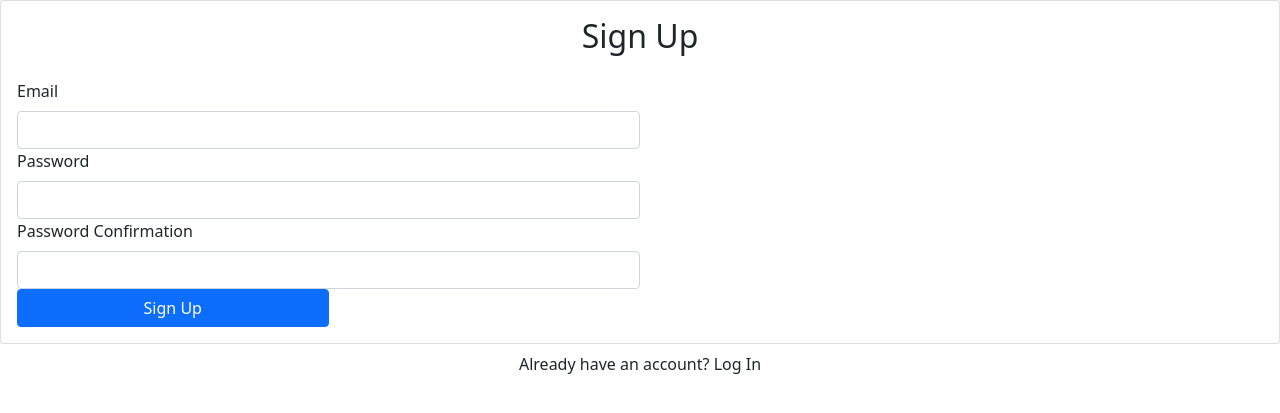
Repository: carinvid/reach-eshop
Page: /signup
These files come from the project's save history. The page is drawn as it stood at one moment and after the next save; the edit follows.
The browser window is 1280 px wide. The pictures show the whole page.
The page's requests for data from a server got no answer. The project was rebuilt for these pictures with package versions that can differ from the ones it lists, and the page was loaded fresh each time. No one was signed in, and anything a server would have sent is missing. Also part of the build but not shown: src/Header.css, src/Header.js, src/Home.css, src/Product.css, src/Product.js, src/Home.js, src/Checkout.css, src/CheckoutProduct.css and 7 more.

Above is the page before, as saved 2022-04-06 15:22:10.

### public/index.html
<!DOCTYPE html>
<html lang="en">
  <head>
    <meta charset="utf-8" />

    <meta name="viewport" content="width=device-width, initial-scale=1" />
    <meta name="theme-color" content="#000000" />

    <title>React App</title>
  </head>
  <body>

    <div id="root"></div>

  </body>
</html>

### src/index.js
import React from 'react';
import ReactDOM from 'react-dom';
import './index.css';
import App from './App';
import reducer, { initialState} from './reducer';
import { StateProvider } from './StateProvider';
import "bootstrap/dist/css/bootstrap.min.css"

ReactDOM.render(
  <React.StrictMode>
    <StateProvider initialState={initialState} reducer = { reducer }>
    <App />
    </StateProvider>
  </React.StrictMode>,
  document.getElementById('root')
);

### src/index.css
body {
  margin: 0;
  background-color: rgba(234, 237,237);
  font-family: -apple-system, BlinkMacSystemFont, 'Segoe UI', 'Roboto', 'Oxygen',
    'Ubuntu', 'Cantarell', 'Fira Sans', 'Droid Sans', 'Helvetica Neue',
    sans-serif;
  -webkit-font-smoothing: antialiased;
  -moz-osx-font-smoothing: grayscale;
}

code {
  font-family: source-code-pro, Menlo, Monaco, Consolas, 'Courier New',
    monospace;
}

### src/App.js

import './App.css';
import Header from "./Header"
import Home from "./Home";
import {BrowserRouter as Router, Route, Switch} from "react-router-dom"
import Checkout from './Checkout';
import Login from './Login';
import Signup from './Signup';

function App() {
  return (
    <div className="App">
      <Router>
        <Switch>
          <Route path="/login">
            <Login />
          </Route>
          <Route path="/signup">
            <Signup />
          </Route>
          <Route path="/checkout">
            <Header />
            <Checkout />
          </Route>
          <Route path="/" >
            <Header />
            <Home />
          </Route>
        </Switch>
      </Router>

    </div>)
}

export default App;

### src/Reducer.js
export const initialState = {
    basket: [],
};

export const getBasketTotal = (basket) => {
    return(basket?.reduce((amount, item) => item.price + amount, 0));
}

const reducer = (state, action) => {
    switch(action.type) {
        case "ADD_TO_BASKET":
            return {
                ...state,
                basket: [...state.basket, action.item],
            }
            case "REMOVE_FROM_BASKET" :
            const index = state.basket.findIndex(
                (basketItem) => basketItem.id === action.id
            );
            let newBasket = [...state.basket];

            if(index >= 0) {
                newBasket.splice(index, 1)
            } else {
                console.warn( `Can't remove product(id: ${action.id}) as it is not in the basket!`)
            }
            return {...state,basket: newBasket}

            default:
            return state;
    }

}

export default reducer;

### src/StateProvider.js
import React, {createContext, useContext, useReducer} from "react";

export const StateContext = createContext();


export const StateProvider = ({ reducer, initialState, children }) => {


    return (
    <StateContext.Provider value={useReducer(reducer, initialState)}>
        {children}
    </StateContext.Provider>
    )
};

export const useStateValue = () => useContext(StateContext);

### src/Signup.js
import React, { useRef } from 'react';
import { Form, Button, Card } from 'react-bootstrap'

export default function Signup() {
    const emailRef = useRef();
    const passwordRef = useRef();
    const passwordConfirmRef = useRef();


  return (
    <>
    <Card>
        <Card.Body>
            <h2 className="text-center mb-4">Sign Up</h2>
            <Form className="w-50">
                    <Form.Group id= 'email'>
                        <Form.Label>Email</Form.Label>
                        <Form.Control type="email" ref={emailRef} required ></Form.Control>
                    </Form.Group>
                    <Form.Group id="password">
                        <Form.Label>Password</Form.Label>
                        <Form.Control type="password" ref={passwordRef} required ></Form.Control>
                    </Form.Group>
                    <Form.Group id="password-confirm">
                        <Form.Label>Password Confirmation</Form.Label>
                        <Form.Control type="password" ref={passwordConfirmRef} required ></Form.Control>
                    </Form.Group>
                    <Button className="w-50" type="submit">Sign Up</Button>
            </Form>
        </Card.Body>
    </Card>
    <div className="w-100 text-center mt-2">
        Already have an account? Log In
    </div>
    </>
  )
}

Loaded but not shown: src/App.css (common file)

After the next save:
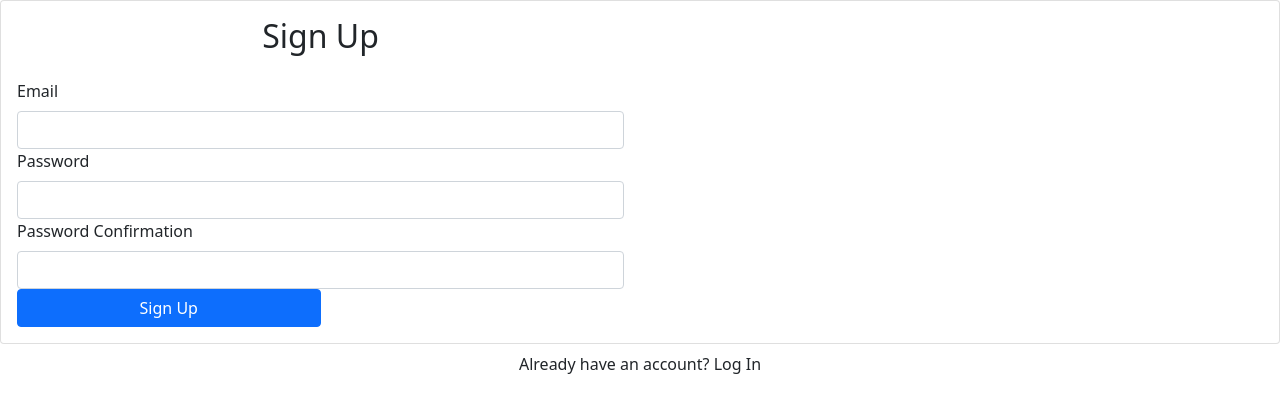
Saved 75 s later.
--- a/src/Signup.js
+++ b/src/Signup.js
@@ -10,9 +10,9 @@ export default function Signup() {
   return (
     <>
     <Card>
-        <Card.Body>
+        <Card.Body className="w-50">
             <h2 className="text-center mb-4">Sign Up</h2>
-            <Form className="w-50">
+            <Form >
                     <Form.Group id= 'email'>
                         <Form.Label>Email</Form.Label>
                         <Form.Control type="email" ref={emailRef} required ></Form.Control>
